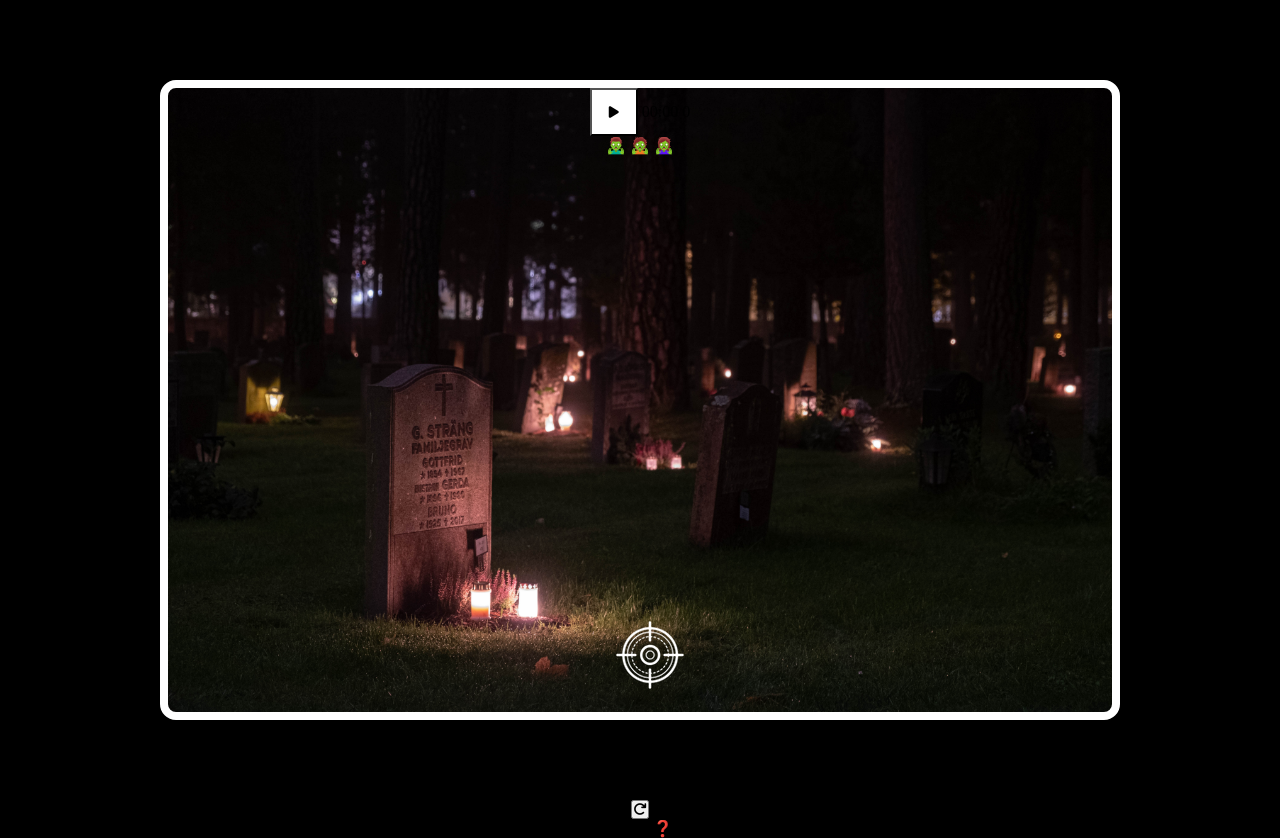
Repository: MrJinkyu/ZombieGame
Page: index.html
These files come from the project's save history. The page is drawn as it stood at one moment and after a run of saves; the edit follows.
The browser window is 1280 px wide. The pictures show the whole page.
Some web libraries are served in a nearby version.

Above is the page before, as saved 2023-04-08 21:56:33.

After the next 2 saves:
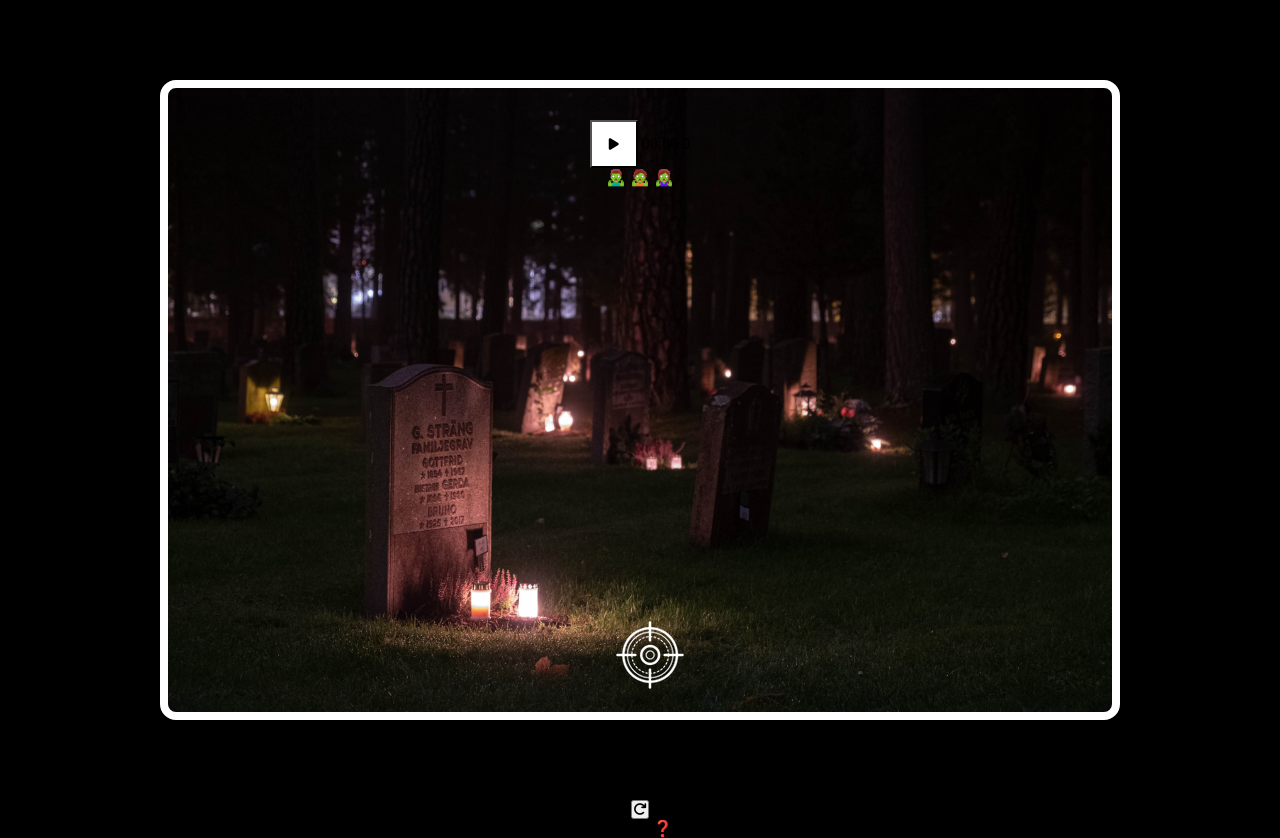
The 2 saves are shown as one change because they came seconds apart.
The last was saved 31 s later.
--- a/style.css
+++ b/style.css
@@ -25,6 +25,7 @@ body{
 }
 
 .game__btn{
+    margin-top: 2rem;
     width: 3rem;
     height: 3rem;
     background-color: white;
